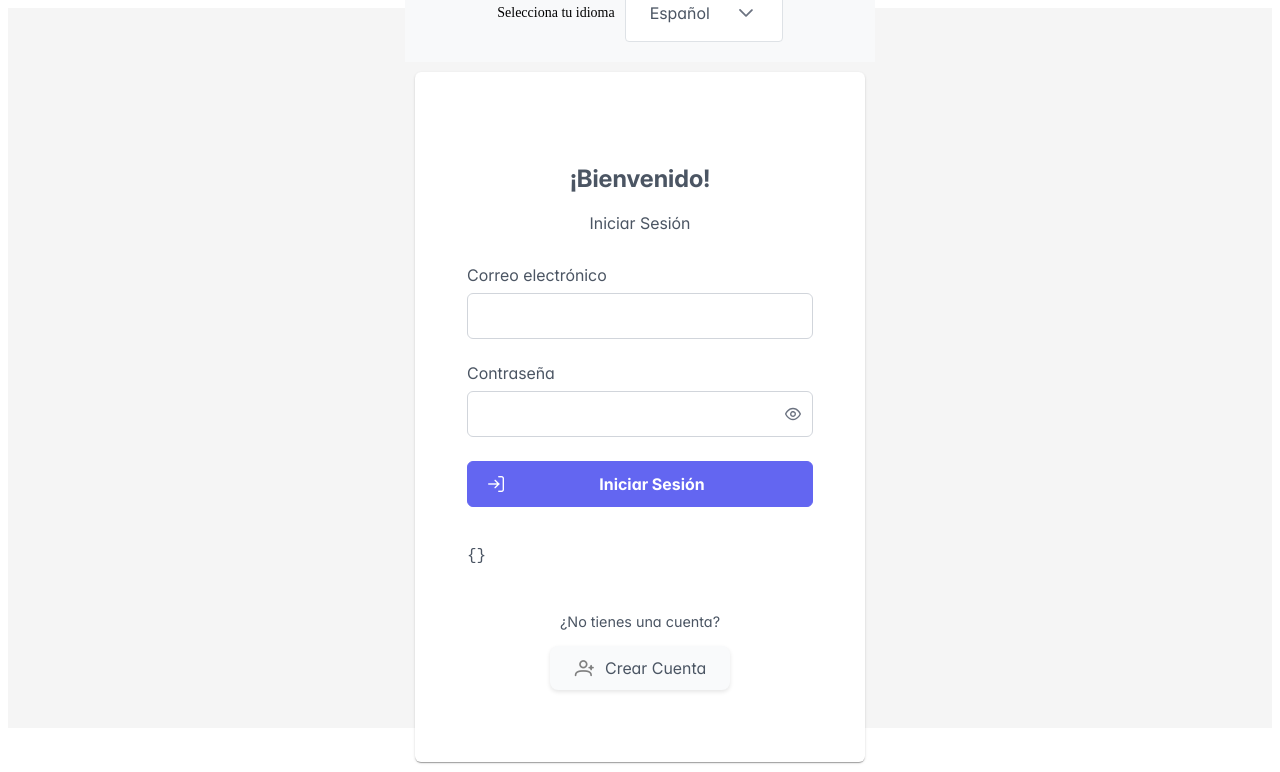
Repository: nder1996/Info_Colombia
Page: / (app in fronted/gestion-tareas/)
These files come from the project's save history. The page is drawn as it stood at one moment and after the next save; the edit follows.
The browser window is 1280 px wide. The pictures show the whole page.
The project was rebuilt for these pictures with package versions that can differ from the ones it lists, and the page was loaded fresh each time. Also part of the build but not shown: fronted/gestion-tareas/src/routes/ProtectedRoute.tsx, fronted/gestion-tareas/src/components/gestion-tareas/GestionTareas.css, fronted/gestion-tareas/src/services/GestionTareasService.ts, fronted/gestion-tareas/src/services/SummaryServices.ts, fronted/gestion-tareas/src/services/UsuarioService.ts, fronted/gestion-tareas/src/services/WebSocketService.ts, fronted/gestion-tareas/src/hooks/useNotifications.ts, fronted/gestion-tareas/src/components/gestion-tareas/GestionTareas.tsx and 1 more.

Above is the page before, as saved 2025-02-24 03:33:37.

### fronted/gestion-tareas/src/index.css
.App {
  display: flex;
  justify-content: center;
  align-items: center;
  height: 100vh !important;
  width: 100% !important;
  background-color: #f5f5f5;
  padding: 0 !important;
  /*border:1px solid red !important;*/
  /* You can add more styles as needed */
}

### fronted/gestion-tareas/src/App.tsx
import React, { useRef } from 'react';
import { BrowserRouter } from 'react-router-dom';
import './App.css';
import AppRoutes from './routes/AppRoutes';
import useAuthStore from './store/auth/useAuthStore';
import './services/InterceptorAuth';
import { ToastProvider } from './context/ToastContext';

import "primereact/resources/themes/lara-light-indigo/theme.css";
import "primereact/resources/primereact.min.css";
import "primeicons/primeicons.css";
import { LanguageProvider } from './context/LanguageContext';



function App() {
  const auth = useAuthStore((state) => state.Auth)
  return (
    <ToastProvider>
      <LanguageProvider>
        <div className="App">
          <BrowserRouter>
            <AppRoutes />
          </BrowserRouter>
        </div>
      </LanguageProvider>
    </ToastProvider>
  );
}

export default App;

### fronted/gestion-tareas/src/App.css
@import "primereact/resources/themes/lara-light-indigo/theme.css";
@import "primereact/resources/primereact.min.css";
@import "primeicons/primeicons.css";

### fronted/gestion-tareas/src/routes/AppRoutes.tsx
import React from "react";
import { Routes, Route, Navigate } from "react-router-dom";
import ProtectedRoute from "./ProtectedRoute";
import useAuthStore from "../store/auth/useAuthStore";
import GestionTareas from "src/components/gestion-tareas/GestionTareas";
import InicioSession from "src/components/InicioSession/InicioSession";
import Registrarse from "src/components/Registrarse/Registrarse";

const AppRoutes: React.FC = () => {
  const auth = useAuthStore((state) => state.Auth);

  return (
    <Routes>
      <Route path="/login" element={<InicioSession />} />
      <Route path="/Registro" element={<Registrarse />} />

      {/* Agrupar rutas protegidas dentro de ProtectedRoute */}
      <Route element={<ProtectedRoute />}>
        <Route path="/GestionTareas" element={<GestionTareas />} />
      </Route>

      {/* Redirigir a login si no hay ruta válida */}

       <Route path="*" element={<Navigate to={auth.isAuthenticated ? "/GestionTareas" : "/login"} replace />} />
    </Routes>
  );
};

export default AppRoutes;

### fronted/gestion-tareas/src/store/auth/useAuthStore.ts
import { AuthService } from 'src/services/AuthService';
import { create } from 'zustand'

type AuthState = { Auth: { token: string | null ; isAuthenticated: boolean |null ; username:string | null } }

type AuthStateStoreActions = {
  setAuth: (nextAuth: AuthState['Auth']) => void
}

type AuthStore = AuthState & AuthStateStoreActions;

const useAuthStore = create<AuthStore>()((set) => ({
  Auth: AuthService.getInfoSession() || {
    token: null,
    isAuthenticated: false,
    username: null
  },
  setAuth: (nextAuth) => set({ Auth: nextAuth })
}));

export default useAuthStore;




//export default useAuthStore;

### fronted/gestion-tareas/src/services/InterceptorAuth.ts
import axios from 'axios';
import { AuthService } from './AuthService';

const InterceptorAuth = {
  usuario: axios.create({
    baseURL: 'http://localhost:8700/api/usuario'
  }),
  summary: axios.create({
    baseURL: 'http://localhost:8700/api/summary/'
  }),
  tarea: axios.create({
    baseURL: 'http://localhost:8700/api/tarea/'
  })
};

Object.values(InterceptorAuth).forEach(api => {
  api.interceptors.request.use(
    (config) => {
      const token = AuthService.getToken()?.replace(/"/g, '');
      if (token) {
        config.headers.Authorization = `Bearer ${token}`;
      }
      //console.log("se le agrego el token a la peticion: " + config.url+"  token "+config.headers.Authorization);
      return config;
    },
    (error) => Promise.reject(error)
  );

  api.interceptors.response.use(
    (response) => response,
    (error) => {
      if (error.response?.status !== 200 && error.response?.status !== 201) {
        AuthService.logout();
        window.location.href = '/login';
      }
      return Promise.reject(error);
    }
  );
});

export default InterceptorAuth;

### fronted/gestion-tareas/src/context/ToastContext.tsx
import { createContext, useContext, useRef } from 'react';
import { Toast } from 'primereact/toast';


interface ToastService {
    mostrarExito: (titulo: string, detalle?: string) => void;
    mostrarError: (titulo: string, detalle?: string) => void;
    mostrarInfo: (titulo: string, detalle?: string) => void;
    mostrarAdvertencia: (titulo: string, detalle?: string) => void;
}

const ToastContext = createContext<ToastService>({} as ToastService);

export const ToastProvider = ({ children }: { children: React.ReactNode }) => {
    const toast = useRef<Toast>(null);

    const mostrarExito = (titulo: string, detalle?: string) => {
        toast.current?.show({
            severity: 'success',
            summary: titulo,
            detail: detalle,
            life: 3000
        });
    };

    const mostrarError = (titulo: string, detalle?: string) => {
        toast.current?.show({
            severity: 'error',
            summary: titulo,
            detail: detalle,
            life: 5000
        });
    };

    const mostrarInfo = (titulo: string, detalle?: string) => {
        toast.current?.show({
            severity: 'info',
            summary: titulo,
            detail: detalle,
            life: 3000
        });
    };

    const mostrarAdvertencia = (titulo: string, detalle?: string) => {
        toast.current?.show({
            severity: 'warn',
            summary: titulo,
            detail: detalle,
            life: 4000
        });
    };

    return (
        <ToastContext.Provider value={{ mostrarExito, mostrarError, mostrarInfo, mostrarAdvertencia }}>
            <Toast ref={toast} position="top-right" />
            {children}
        </ToastContext.Provider>
    );
};

export const useToast = () => useContext(ToastContext);

### fronted/gestion-tareas/src/context/LanguageContext.tsx
import React, { createContext, useContext, useState } from 'react';
import { traducciones } from 'src/i18n/traducciones';
import { Language, ITranslations } from 'src/i18n/types';

interface LanguageContextType {
  language: Language;
  t: ITranslations;
  changeLanguage: (lang: Language) => void;
}

const LanguageContext = createContext<LanguageContextType>({} as LanguageContextType);

export const LanguageProvider = ({ children }: { children: React.ReactNode }) => {
  const [language, setLanguage] = useState<Language>('es');

  const changeLanguage = (lang: Language) => {
    setLanguage(lang);
  };

  const value = {
    language,
    t: traducciones[language],
    changeLanguage
  };

  return (
    <LanguageContext.Provider value={value}>
      {children}
    </LanguageContext.Provider>
  );
};



export const useLanguage = () => {
  const context = useContext(LanguageContext);
  if (!context) {
    throw new Error('useLanguage must be used within a LanguageProvider');
  }
  return context;
};

### fronted/gestion-tareas/src/components/InicioSession/InicioSession.tsx
import React, { useRef, useState } from 'react';
import './InicioSession.css';
import 'primereact/resources/themes/saga-blue/theme.css';
import 'primereact/resources/primereact.min.css';
import 'primeicons/primeicons.css';


import { Card } from 'primereact/card';
import { InputText } from 'primereact/inputtext';
import { Button } from 'primereact/button';
import { Toast } from 'primereact/toast';
import { useForm } from 'react-hook-form';
import { yupResolver } from '@hookform/resolvers/yup';
import * as yup from 'yup';
import { SesionServices } from 'src/services/SesionServices';
import useAuthStore from 'src/store/auth/useAuthStore';
import { Navigate, useNavigate } from 'react-router-dom';
import { setTimeout } from 'timers/promises';
import { AuthService } from 'src/services/AuthService';
import { Divider } from 'primereact/divider';
import { Password } from 'primereact/password';
import { useToast } from 'src/context/ToastContext';
import NavbarIdioma from '../navbar-idioma/navbar-idioma';
import { useLanguage } from 'src/context/LanguageContext';
import { traducciones } from 'src/i18n/traducciones';
import { Language } from 'src/i18n/types';



interface FormInputs {
  username: string;
  password: string;
}


const createValidationSchema = (t: typeof traducciones, language: Language) => yup.object({
  username: yup
    .string()
    .required(t[language].autenticacion.emailRequerido)
    .email(t[language].autenticacion.emailValido),
  password: yup
    .string()
    .required(t[language].autenticacion.contrasenaRequerida)
});

const InicioSession = () => {
  const [isLoading, setIsLoading] = useState(false);
  const setUseAuthState = useAuthStore((state) => state.setAuth);
  const Auth = useAuthStore((state) => state.Auth);
  const navigate = useNavigate();
  const { mostrarExito, mostrarError } = useToast();
  const { language } = useLanguage();
  const texts = traducciones[language].autenticacion;
  const schema = createValidationSchema(traducciones, language);

  const { register, handleSubmit, formState: { errors }, setValue, watch } = useForm<FormInputs>({
    resolver: yupResolver(schema)
  });

  const onSubmit = async (data: FormInputs) => {
    try {
      setIsLoading(true);
      await SesionServices.login(data.username, data.password);
      const token = AuthService.getToken();
      if (!token || token.trim() === "") {
        mostrarError('Error', 'Usuario o contraseña inválidos');
        return;
      }
      setIsLoading(false);
      setUseAuthState({
        token: token,
        isAuthenticated: true,
        username: data.username
      });
      mostrarExito('¡Bienvenido!', `Bienvenido ${data.username}`);
    } catch (error: any) {
      mostrarError('Error', 'Error al procesar el inicio de sesión');
    }
  };



  if (Auth.isAuthenticated) {
    return <Navigate to="/GestionTareas" />;
  }



  return (
    <div className="login-container">
      <NavbarIdioma></NavbarIdioma>
      <Card className="login-card">
        <div className="login-header">
          <h2>{texts.bienvenido}</h2>
          <p>{texts.iniciarSesion}</p>
        </div>
        <form onSubmit={handleSubmit(onSubmit)} className="p-fluid form-inicio">
          <div className="field">
            <label>{texts.correo}</label>
            <InputText
              {...register('username')}
              className={errors.username ? 'p-invalid' : ''}
              onChange={(e) => {
                register('username').onChange(e);
              }}
            />
            {errors.username && (
              <p className="p-error">{errors.username.message}</p>
            )}
          </div>

          <div className="field">
            <label>{texts.contrasena}</label>
            <Password
              {...register('password')}
              className={errors.password ? 'p-invalid' : ''}
              feedback={false}
              toggleMask
              onChange={(e) => setValue('password', e.target.value)}
              inputRef={register('password').ref}
            />
            {errors.password && (
              <small className="p-error">{errors.password.message}</small>
            )}
          </div>
          <Button
            type="submit"
            label={isLoading ? 'Iniciando sesión...' : 'Iniciar Sesión'}
            icon={isLoading ? 'pi pi-spinner pi-spin' : 'pi pi-sign-in'}
          />
          <pre>{JSON.stringify(watch(), null, 2)}</pre>
        </form>
        <div className="register-section">
          <p className="register-text">{texts.noTienesCuenta}</p>
          <a className="register-link" onClick={() => navigate('/registro')}>
            <i className="pi pi-user-plus register-icon" />
            <span>{texts.crearCuenta}</span>
          </a>
        </div>
      </Card>

    </div>
  );
};

export default InicioSession;

### fronted/gestion-tareas/src/services/AuthService.ts
import useAuthStore from 'src/store/auth/useAuthStore';
import { create } from 'zustand';
import { LocalStarogeService } from './LocalStorageService';



export interface AuthData {
  token: string | null;
  isAuthenticated: boolean | null;
  username: string | null;
}


 export class AuthService {

  static saveToken(auth: AuthData) {
    LocalStarogeService.save('authToken', JSON.stringify(auth));
  }

  static getToken(): string {
    const authData = JSON.parse(LocalStarogeService.get('authToken') || "") ;
    return authData.token || '';
  }

  static getInfoSession(): AuthData {
    try {
      const session = LocalStarogeService.get('authToken');
      if (!session || typeof session !== 'string') {
        return { token: '', isAuthenticated: false, username: '' };
      }
      const parsed = JSON.parse(session) as AuthData;
      return parsed;
    } catch {
      return { token: '', isAuthenticated: false, username: '' };
    }
  }
  static isAuthenticated(): boolean {
    return !!this.getToken();
  }

  static logout(): void {
    localStorage.removeItem('authToken');
    //useAuthStore.getState().clearAuth();
  }

  static getAuthHeader() {
    const token = this.getToken()?.replace(/"/g, '');
    return token ? { Authorization: `Bearer ${token}` } : {};
  }
}

### fronted/gestion-tareas/src/components/InicioSession/InicioSession.css

.login-header {
  text-align: center;
  margin-bottom: 2rem;
}

.form-inicio {
  display: flex;
  flex-direction: column;
  gap: 1.5rem;
}

.field {
  display: flex;
  flex-direction: column;
  gap: 0.5rem;
}

.register-section {
  margin-top: 2rem;
  text-align: center;
 }

 .register-link {
  display: inline-flex;
  align-items: center;
  gap: 0.75rem;
  padding: 0.75rem 1.5rem;
  border-radius: 8px;
  background: var(--surface-50);
  transition: all 0.2s ease;
  box-shadow: 0 2px 4px rgba(0,0,0,0.1);
  cursor: pointer !important;
 }

 .register-link:hover {
  background: var(--surface-100);
  transform: translateY(-2px);
  box-shadow: 0 4px 8px rgba(0,0,0,0.15);
 }

 .register-icon {
  color: grey;
  font-size: 1.2rem;
 }

 .register-text {
  font-size: 0.9rem;
  color: var(--text-color);
  margin-bottom: 1rem;
 }

 .login-container {
  display: flex;
  flex-direction: column;
  min-height: 100vh;
}

.login-card {
  margin: 10px;
  width: 100%;
  width: 450px;
  padding: 2rem;
}


.navbar-idioma {
  width: 100%;
  padding: 1rem;
}

### fronted/gestion-tareas/src/services/SesionServices.ts
import axios from "axios";
import { AuthData, AuthService } from "./AuthService";
import { LocalStarogeService } from "./LocalStorageService";
import { ApiResponse } from "src/models/ApiResponse";



export interface usuarioRegister {
    id: number;
    nombre: string;
    email: string;
    password: string;
}
export class SesionServices  {
    private static readonly baseUrl = 'http://localhost:8700/api/auth';


    public static async login(username: string, password: string): Promise<void> {
        try {
            const response = await axios.post(`${this.baseUrl}/login`, {
                username,
                password
            });

            const token = response.data.token;
            const authData: AuthData = {
                token: token,
                username: username,
                isAuthenticated: true
            };

            AuthService.saveToken(authData);
        } catch (error) {
            console.error('Login failed:', error);
            throw error;
        }
    }

    public static async registre(user: usuarioRegister): Promise<ApiResponse<string>> {
        try {
            const response = await axios.post(`${this.baseUrl}/register`, user);
            return response.data;
        } catch (error) {
            console.error('Login failed:', error);
            throw error;
        }
    }


}

### fronted/gestion-tareas/src/components/navbar-idioma/navbar-idioma.tsx
import { Dropdown } from 'primereact/dropdown';
import { useLanguage } from "src/context/LanguageContext";
import { Language } from "src/i18n/types";

const NavbarIdioma = () => {
  const { language, changeLanguage } = useLanguage();

  const options = [
    { label: 'Español', value: 'es' as Language },
    { label: 'English', value: 'en' as Language }
  ];

  return (
    <div style={{
      display: 'flex',
      justifyContent: 'center',
      backgroundColor: '#f8f9fa',
      padding: '20px'
    }}>
      <div style={{
        display: 'flex',
        alignItems: 'center',
        gap: '10px'
      }}>
        <span style={{
          fontSize: '14px',
          color: '#000'
        }}>Selecciona tu idioma</span>
        <Dropdown
          value={language}
          options={options}
          onChange={(e) => changeLanguage(e.value)}
          style={{
            minWidth: '120px',
            borderRadius: '4px',
            border: '1px solid #dee2e6',
            padding: '6px 12px'
          }}
        />
      </div>
    </div>
  );
};

export default NavbarIdioma;

### fronted/gestion-tareas/src/components/Registrarse/Registrarse.css

.auth-card {
  background: white;
  padding: 2.5rem;
  border-radius: 16px;
  width: 100%;
  max-width: 450px;
  box-shadow: 0 10px 25px rgba(0, 0, 0, 0.05);
}

.auth-header {
  text-align: center;
  margin-bottom: 2.8rem;
}

.auth-header h2 {
  color: #2d3748;
  font-size: 1.875rem;
  font-weight: 600;
  margin-bottom: 0.5rem;
}

.auth-header p {
  color: #718096;
  font-size: 0.95rem;
}

.auth-form {
  display: flex;
  flex-direction: column;
  gap: 2.5rem;
}

.form-group {
  position: relative;
}

.form-input {
  width: 100% !important;
  padding: 1rem !important;
  border: 1px solid #e2e8f0 !important;
  border-radius: 10px !important;
  background: #f8fafc !important;
  transition: all 0.3s ease !important;


  /*margin-top: 1rem !important;*/
}

.form-input:hover {
  background: #fff !important;
  border-color: #cbd5e1 !important;
}

.form-input:focus {
  background: #fff !important;
  border-color: #3b82f6 !important;
  box-shadow: 0 0 0 3px rgba(59, 130, 246, 0.1) !important;
}

.p-float-label {
  /*display: block;*/
}

.p-float-label label {
  background: transparent !important;
  color: #64748b !important;
  font-size: 0.875rem !important;
}

/*.p-float-label input:focus ~ label,
.p-float-label input.p-filled ~ label {
  transform: translateY(-1.5rem) scale(0.85) !important;
  color: #3b82f6 !important;
}*/

.p-password {
  width: 100% !important;
}

.p-password-input {
  width: 100% !important;
}

.table-cell {
  text-align: center;
}

.table-header {
  text-align: center;
}

/* Para centrar verticalmente también */
.table-cell, .table-header {
  vertical-align: middle;
}

### fronted/gestion-tareas/src/services/localStorageService.ts
export class LocalStarogeService{


  public static save(key: string, value: any): void {
    try {
      const serializedValue = JSON.stringify(value);
      localStorage.setItem(key, serializedValue);
    } catch (error) {
      console.error('Error saving to localStorage:', error);
    }
  }



  public static get<T>(key: string, defaultValue: T | null = null): T | null {
    try {
      const item = localStorage.getItem(key);
      return item ? JSON.parse(item) : defaultValue;
    } catch (error) {
      console.error('Error retrieving from localStorage:', error);
      return defaultValue;
    }
  }



  public static remove(key: string): void {
    try {
      localStorage.removeItem(key);
    } catch (error) {
      console.error('Error removing from localStorage:', error);
    }
  }


  public static exists(key: string): boolean {
    return localStorage.getItem(key) !== null;
  }


  public static clear(): void {
    try {
      localStorage.clear();
    } catch (error) {
      console.error('Error clearing localStorage:', error);
    }
  }


  public static update(key: string, value: any): void {
    try {
      const existingValue = this.get(key, {});
      const updatedValue = { ...existingValue, ...value };
      this.save(key, updatedValue);
    } catch (error) {
      console.error('Error updating localStorage:', error);
    }
  }


  public static getAllKeys(): string[] {
    const keys: string[] = [];
    for (let i = 0; i < localStorage.length; i++) {
      const key = localStorage.key(i);
      if (key) {
        keys.push(key);
      }
    }
    return keys;
  }
}

Loaded but not shown: fronted/gestion-tareas/public/index.html (common file); fronted/gestion-tareas/src/index.js (common file); fronted/gestion-tareas/src/reportWebVitals.js (common file); fronted/gestion-tareas/src/i18n/traducciones.ts (164 lines, source omitted)

After the next save:
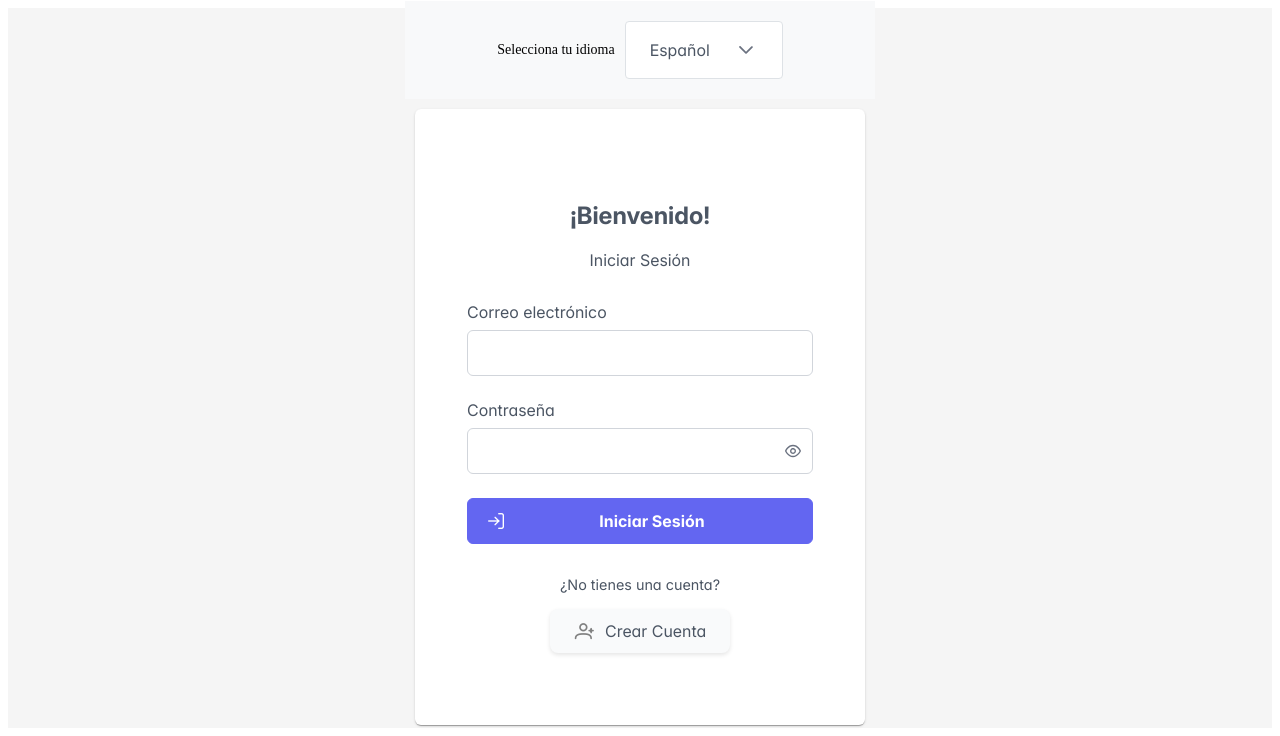
Saved 17 s later.
--- a/fronted/gestion-tareas/src/components/InicioSession/InicioSession.tsx
+++ b/fronted/gestion-tareas/src/components/InicioSession/InicioSession.tsx
@@ -128,7 +128,7 @@ const InicioSession = () => {
             label={isLoading ? 'Iniciando sesión...' : 'Iniciar Sesión'}
             icon={isLoading ? 'pi pi-spinner pi-spin' : 'pi pi-sign-in'}
           />
-          <pre>{JSON.stringify(watch(), null, 2)}</pre>
+
         </form>
         <div className="register-section">
           <p className="register-text">{texts.noTienesCuenta}</p>
